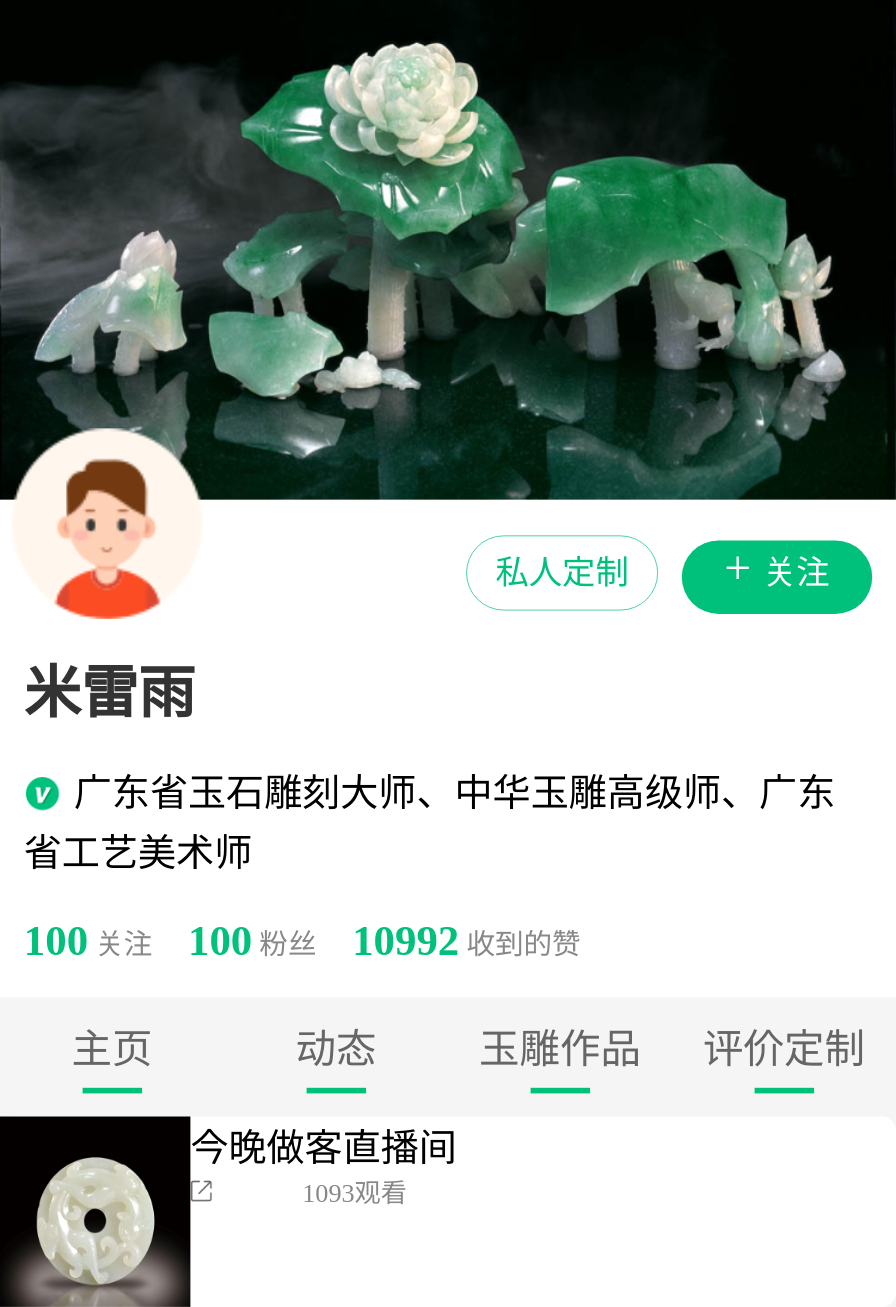
Repository: 1yanglulu/-
Page: html/jadecarvemaincenter.html
These files come from the project's save history. The page is drawn as it stood at one moment and after the next save; the edit follows.
The browser window is 1280 px wide. The pictures show the whole page, at 70% of full size.

Above is the page before, as saved 2020-01-07 16:45:25.

After the next save:
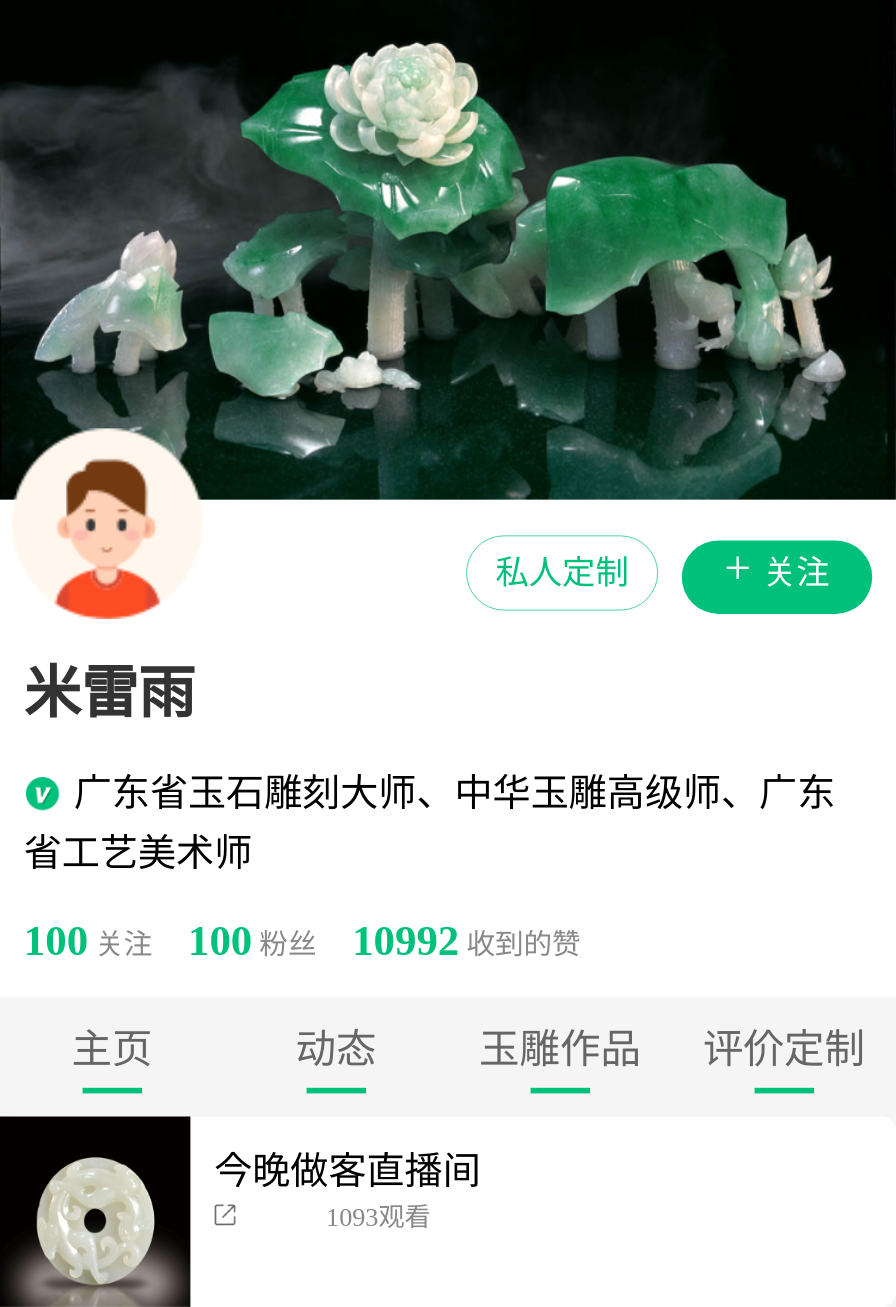
Saved 23 s later.
--- a/css/jadehomepage.css
+++ b/css/jadehomepage.css
@@ -15,8 +15,10 @@
 }
 .live-con{
   height: 100%;
+  padding:.2rem;
   display: inline-block;
   vertical-align: middle;
+  box-sizing: border-box;
 }
 .live-title{
   font-size: .32rem;
